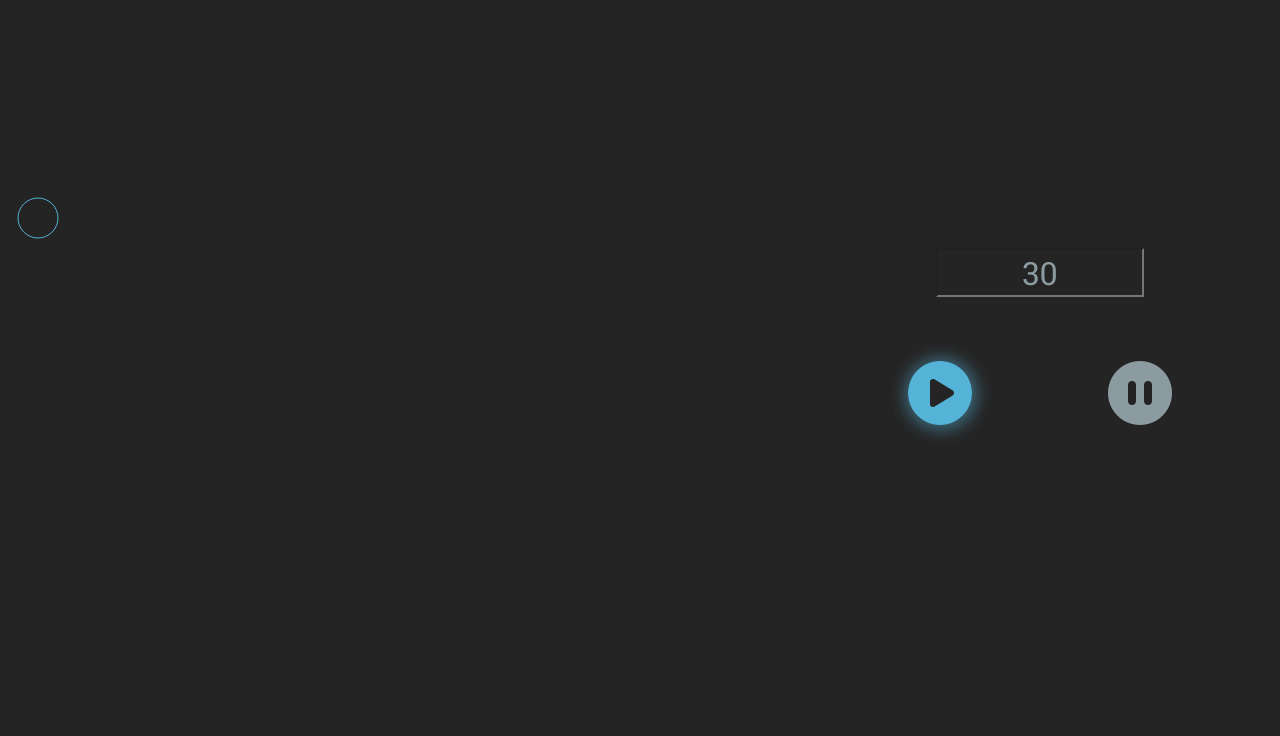
Repository: Sbethm/javascript-challenges
Page: index.html
These files come from the project's save history. The page is drawn as it stood at one moment and after a run of saves; the edit follows.
The browser window is 1280 px wide. The pictures show the whole page.
Some web libraries are served in a nearby version. The style sheet was rebuilt from its Sass, Less or Tailwind sources for each picture, by a compiler version that may differ from the author's.

Above is the page before, as saved 2021-09-17 15:31:24.

After the next 3 saves:
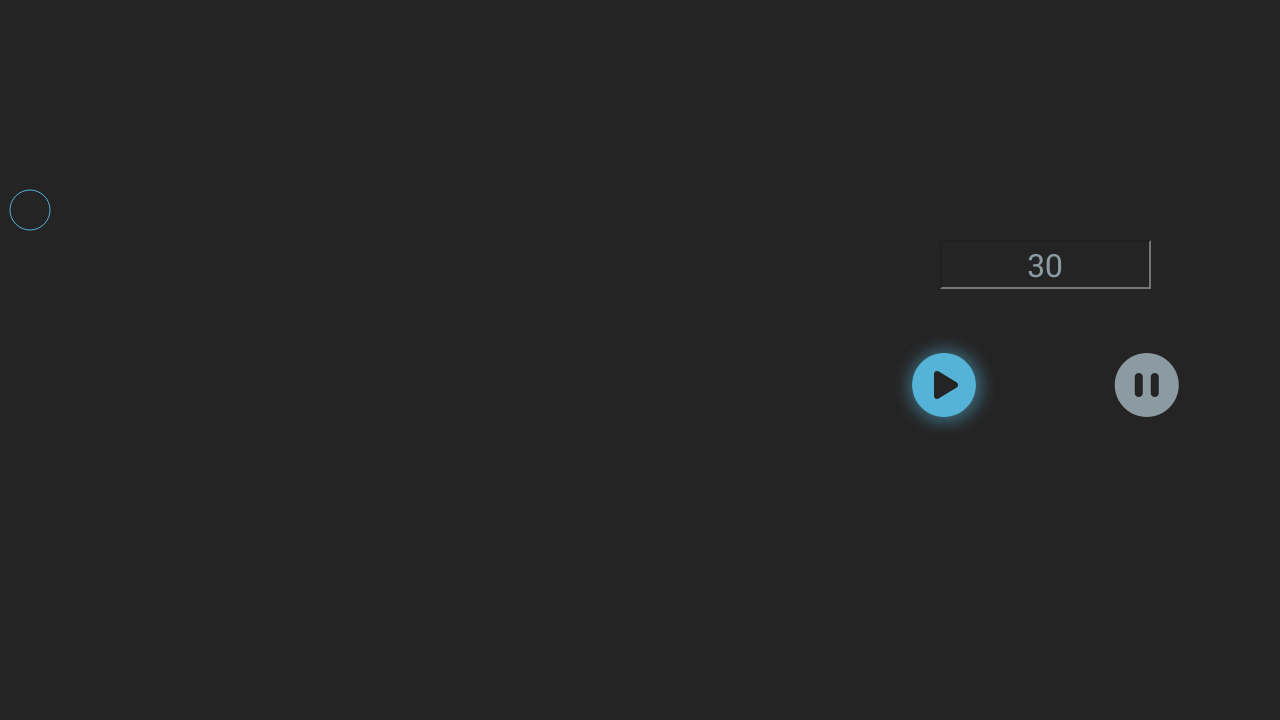
The 3 saves are shown as one change because 1 did not build or start and some came seconds apart.
The last was saved 19 s later.
--- a/SCSS/main.scss
+++ b/SCSS/main.scss
@@ -2,7 +2,7 @@
 
 body {
     background-color: rgb(37, 36, 36);
-    padding: 0;
+    margin: 0;
 }
 
 main{
